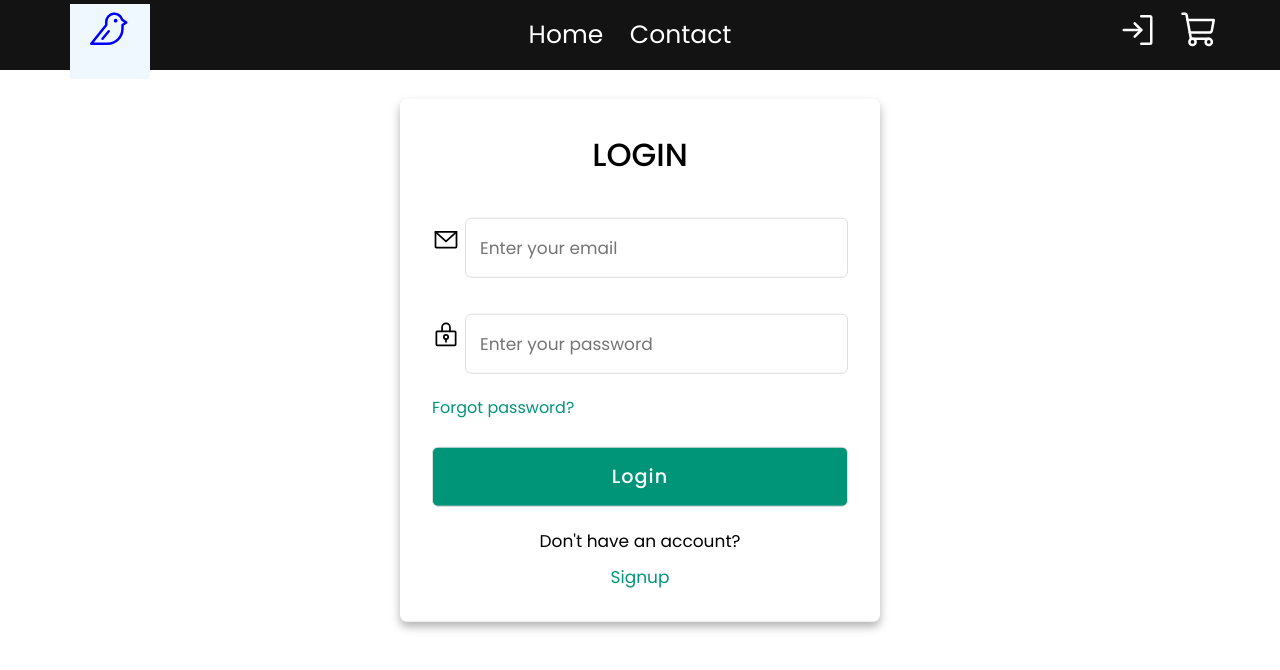
Repository: hoangdanh2/swp301
Page: /register
The author's editor kept a copy of each file at every save. The page is drawn from the files as they stood at one save, then again after the next save.
The browser window is 1280 px wide. The pictures show the whole page.
The pointer rests on the first visible `.links a`.
The project was rebuilt for these pictures with package versions that can differ from the ones it lists, and the page was loaded fresh each time. Also part of the build but not shown: src/pages/shop/product.jsx, src/pages/shop/shop.css, src/pages/shop/shop.jsx, src/pages/contact/contact.jsx, src/pages/cart/cart-item.jsx, src/pages/cart/cart.css, src/pages/cart/cart.jsx.

Above is the page before, as saved 2023-05-29 12:57:40.

### src/App.js
import './App.css';
import { BrowserRouter as Router, Routes, Route } from "react-router-dom";
import { Navbar } from "./components/navbar";
import { Register } from "./pages/register/register";
import { Shop } from "./pages/shop/shop";
import { Contact } from "./pages/contact/contact";
import { Cart } from "./pages/cart/cart";
import { ShopContextProvider } from './context/shop-context';


function App() {
  return (
    <div className = "App">
      <ShopContextProvider>
        <Router>
          <Navbar />
          <Routes>
            <Route path = "/register" element = {<Register />} />
            <Route path = "/" element = {<Shop />} />
            <Route path = "/contact" element = {<Contact />} />
            <Route path = "/cart" element = {<Cart />} />
          </Routes>
        </Router>
      </ShopContextProvider>
    </div>
  );
}

export default App;

### src/App.css
.App {
  width: 100%;
  height: auto;
  min-height: 100vh;
  font-family: 'Segoe UI', Tahoma, Geneva, Verdana, sans-serif;
}

body {
  padding: 0;
  margin: 0;
}

### src/components/navbar.jsx
import React from "react";
import { Link } from "react-router-dom";
import { ShoppingCart, Bird, SignIn } from "phosphor-react";
import "./navbar.css";

export const Navbar = () => {
  return (
    <div className="navbar">
      <div className="links">
        <div className="icon">
          <Link to="/">
            <Bird size={40} />
          </Link>
        </div>
        <div className="middle">
          <Link to="/"> Home </Link>
          <Link to="/contact"> Contact</Link>
        </div>
        <div className="end">
            <Link to="/register">
                <SignIn size={40}/>
            </Link>
          <Link to="/cart">
            <ShoppingCart size={40} />
          </Link>
        </div>
      </div>
    </div>
  );
};

### src/pages/register/register.jsx
import React from "react";
import { EnvelopeSimple,LockKey } from "phosphor-react";
import "./register.css";

export const Register = () => {
  return (
    <div className="container">
    <input type="checkbox" id="check"></input>
    <div className="login form">
      <header>LOGIN</header>
      <form action="#">
        <div className="login-form">
        <span className="icon-login"><EnvelopeSimple size={28}></EnvelopeSimple></span>
        <input type="text" id="email" placeholder="Enter your email" required></input>
        <span className="icon-login"><LockKey size={28}></LockKey></span>
        <input type="password" id="password" placeholder="Enter your password" required></input>
        </div>
        <a href="#">Forgot password?</a>
        <input type="button" className="button" value="Login"></input>
      </form>
      <div className="signup">
        <span className="signup">Don't have an account?
         <label for="check">Signup</label>
        </span>
      </div>
    </div>
    <div className="registration form">
      <header>SIGNUP</header>
      <form action="#">
        <div className="login-form">
        <span className="icon-login"><EnvelopeSimple size={28}></EnvelopeSimple></span>
        <input type="text" id="email" placeholder="Enter your email" required></input>
        <span className="icon-login"><LockKey size={28}></LockKey></span>
        <input type="password" id="password" placeholder="Create a password" required></input>
        <span className="icon-login"><LockKey size={28}></LockKey></span>
        <input type="password" id="password"  placeholder="Confirm your password" required></input>
        <input type="button" className="button" value="Signup" required></input>
        </div>
      </form>
      <div className="signup">
        <span className="signup">Already have an account?
         <label for="check">Login</label>
        </span>
      </div>
    </div>
  </div>
  );
};

### src/context/shop-context.jsx
import { createContext, useEffect, useState } from "react";
import { PRODUCTS } from "../products";

export const ShopContext = createContext(null);

const getDefaultCart = () => {
    let cart = {};
    for (let i = 1; i < PRODUCTS.length + 1; i++) {
        cart[i] = 0;
    }
    return cart;
}

export const ShopContextProvider = (props) => {
    const [cartItems, setCartItems] = useState(getDefaultCart());

    const getTotalCartAmount = () => {
        let totalAmount = 0;
        for (const item in cartItems) {
            if (cartItems[item] > 0) {
                let itemInfo = PRODUCTS.find((product) => product.id === Number(item));
                totalAmount += cartItems[item] *itemInfo.price;
            }
        }
        return totalAmount;
    };

    const addToCart = (itemId) => {
        setCartItems((prev) => ({ ...prev, [itemId]: prev[itemId] + 1}));
    };

    const removeFromCart = (itemId) => {
        setCartItems((prev) => ({ ...prev, [itemId]: prev[itemId] - 1}));
    };

    const updateCartItemCount = (newAmount, itemId) => {
        setCartItems((prev) => ({ ...prev, [itemId]: newAmount }));
    };

    const checkout = () => {
        setCartItems(getDefaultCart());
    };

    const contextValue = {
        cartItems,
        addToCart,
        updateCartItemCount,
        removeFromCart,
        getTotalCartAmount,
        checkout,
    };

    return (
        <ShopContext.Provider value={contextValue}>
            {props.children}
        </ShopContext.Provider>
    );
};

### src/components/navbar.css
.navbar {
    width: 100%;
    height: 70px;
    background-color: rgb(19, 19, 19);
    display: flex;
    justify-content: center;
    align-items: center;
}

.links {
    margin-right: 50px;
    display: flex;
    align-items: center;
    justify-content: space-between;
    width: 100%;
}

.icon {
    margin-left: 50px;
}

.end {
    padding: 0 10px;
}

.links a {
    text-decoration: none;
    color: white;
    margin-left: 20px;
    font-size: 25px;
}
.links a:hover {
    width: 100%;
    color: blue;
    background-color: aliceblue;
    padding: 20px;
}

### src/pages/register/register.css
/* Import Google font - Poppins */
@import url('https://fonts.googleapis.com/css2?family=Poppins:wght@200;300;400;500;600;700&display=swap');
*{
  margin: 0;
  padding: 0;
  box-sizing: border-box;
  font-family: 'Poppins', sans-serif;
}

.container{
  position: absolute;
  top: 50%;
  left: 50%;
  transform: translate(-50%,-50%);
  max-width: 480px;
  width: 100%;
  background: #fff;
  border-radius: 7px;
  box-shadow: 0 5px 10px rgba(0,0,0,0.3);
}

.container .registration{
  display: none;
}

#check:checked ~ .registration{
  display: block;
}

#check:checked ~ .login{
  display: none;
}

#check{
  display: none;
}

.container .form{
  padding: 2rem;
}

.form header{
  font-size: 2rem;
  font-weight: 500;
  text-align: center;
  margin-bottom: 1.5rem;
}

 .form input{
   height: 60px;
   width: 92%;
   padding: 0 14px;
   font-size: 17px;
   margin-top: 15px;
   margin-bottom: 1.3rem;
   border: 1px solid #ddd;
   border-radius: 6px;
   outline: none;
 }

 .form input:focus{
   box-shadow: 0 1px 0 rgba(0,0,0,0.2);
 }

.form a{
  font-size: 16px;
  color: #009579;
  text-decoration: none;
}

.form a:hover{
  text-decoration: underline;
}

.form input.button{
  color: #fff;
  background: #009579;
  font-size: 1.2rem;
  font-weight: 500;
  letter-spacing: 1px;
  margin-top: 1.7rem;
  cursor: pointer;
  transition: 0.4s;
  width: 100%;
}

.form input.button:hover{
  background: #006653;
}

.signup{
  font-size: 17px;
  text-align: center;
}

.signup label{
  color: #009579;
  cursor: pointer;
}

.signup label:hover{
  text-decoration: underline;
}

.icon-login {
  margin-right: 5px;
}

### src/products.js
import product1 from "./assets/products/1.png";
import product2 from "./assets/products/1.png";
import product3 from "./assets/products/1.png";
import product4 from "./assets/products/1.png";
import product5 from "./assets/products/1.png";
import product6 from "./assets/products/1.png";
import product7 from "./assets/products/1.png";
import product8 from "./assets/products/1.png";

export const PRODUCTS = [
  {
    id: 1,
    productName: "Bird Food",
    price: 999.0,
    productImage: product1,
  },
  {
    id: 2,
    productName: "Bird Food",
    price: 1999.0,
    productImage: product2,
  },
  {
    id: 3,
    productName: "Bird Food",
    price: 699.0,
    productImage: product3,
  },
  {
    id: 4,
    productName: "Bird Food",
    price: 228.0,
    productImage: product4,
  },
  {
    id: 5,
    productName: "Bird Food",
    price: 19.99,
    productImage: product5,
  },
  {
    id: 6,
    productName: "Bird Food",
    price: 68.0,
    productImage: product6,
  },
  {
    id: 7,
    productName: "Bird Food",
    price: 120.0,
    productImage: product7,
  },
  {
    id: 8,
    productName: "Bird Food",
    price: 40.0,
    productImage: product8,
  },
];

### src/pages/contact/contact.css
.contact{
    max-width: 400px;
    margin: 0 auto;
    padding: 20px;
}
.title-contact{
    text-align: center;
}
label{
    display: block;
    margin-top: 10px;
}
.form-contact{

    text-align: center;
}
/*
input[type="text"],
input[type="email"],
input[type="message"],
textarea {
  width: 100%;
  padding: 8px;
  border: 1px solid #ccc;
  border-radius: 4px;
  box-sizing: border-box;
  margin-top: 5px;
  margin-bottom: 10px;
} */

input[type="submit"] {
    background-color: #4CAF50;
    color: white;
    padding: 10px 15px;
    border: none;
    border-radius: 4px;
    cursor: pointer;
    font-size: 16px;
  }

  input[type="submit"]:hover {
    background-color: #45a049;
  }

  textarea {
    height: 100px;
  }

Loaded but not shown: public/index.html (common file); src/index.js (common file); src/index.css (common file); src/reportWebVitals.js (common file); public/manifest.json (common file)

After the next save:
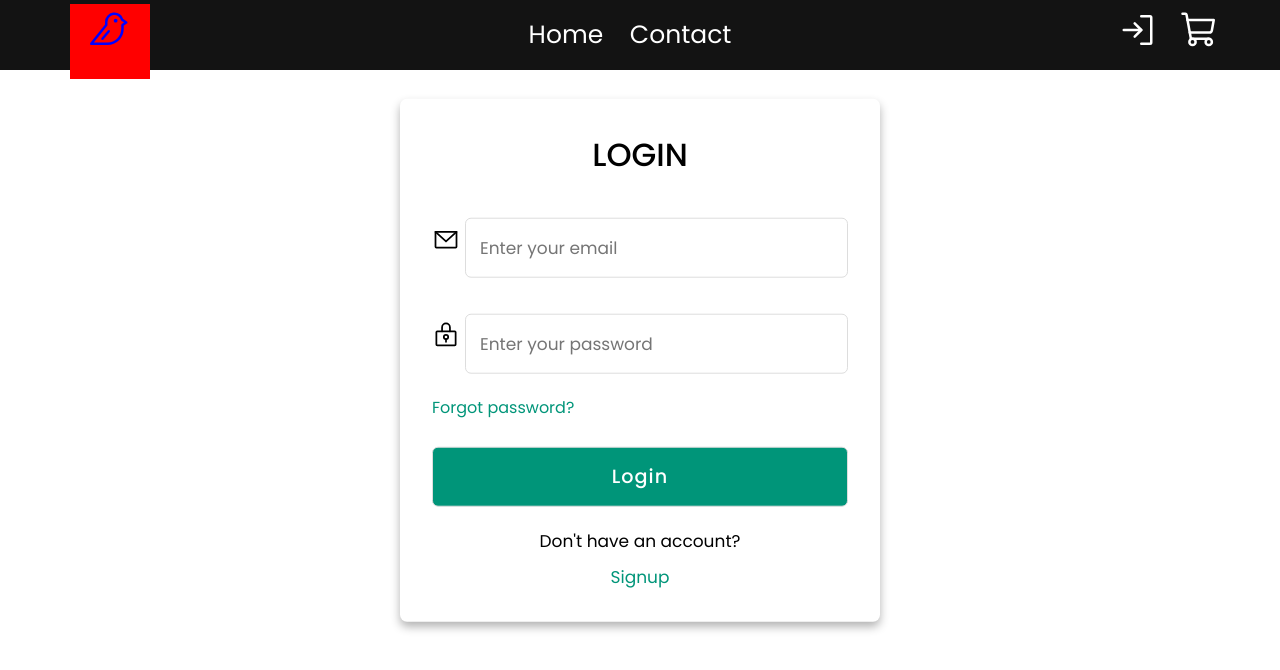
Saved 32 s later.
--- a/src/components/navbar.css
+++ b/src/components/navbar.css
@@ -32,6 +32,6 @@
 .links a:hover {
     width: 100%;
     color: blue;
-    background-color: aliceblue;
+    background-color: red;
     padding: 20px;
 }
